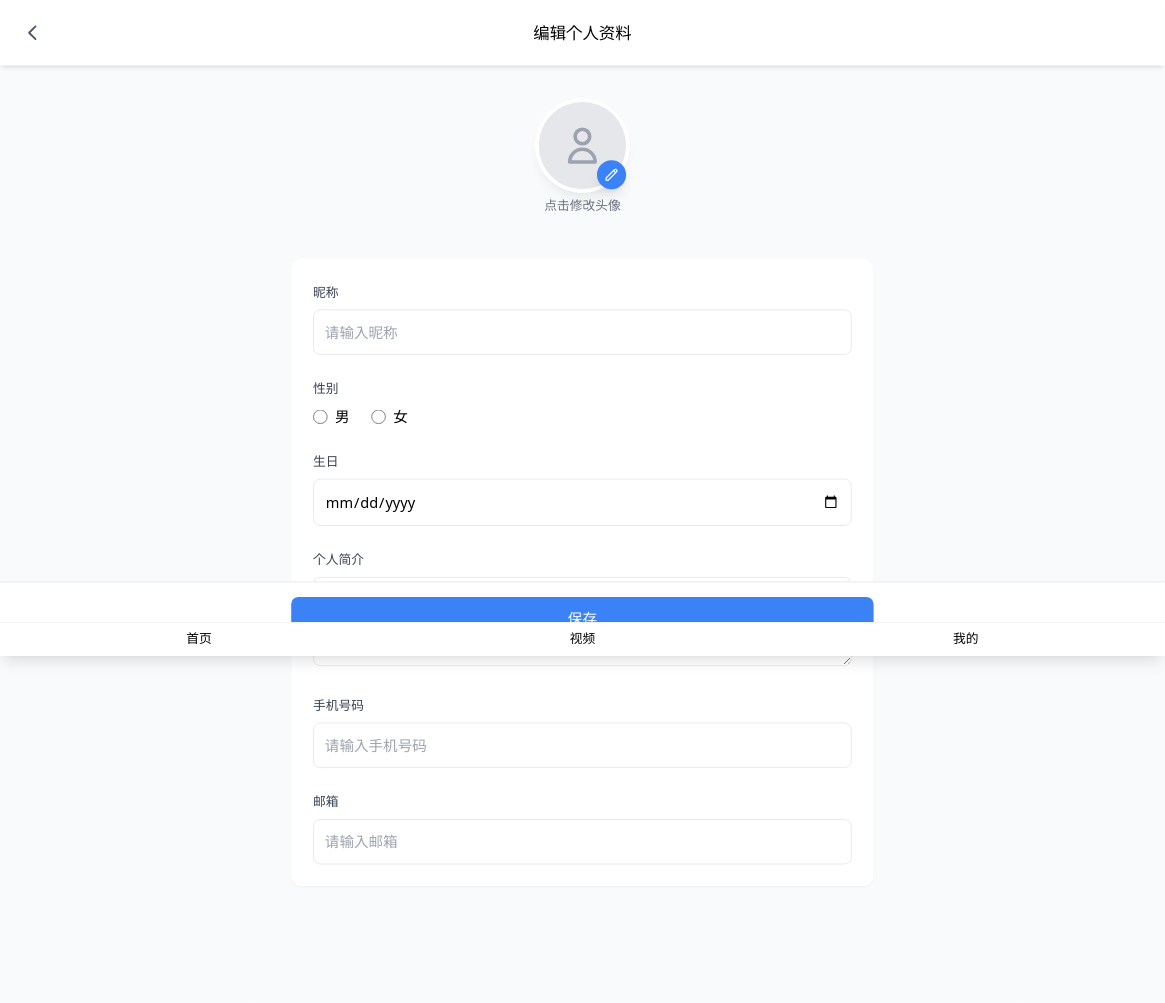
Repository: Look625/simpleNewsForAIRace
Page: /profile/edit
The author's editor kept a copy of each file at every save. The page is drawn from the files as they stood at one save, then again after the next save.
The browser window is 1280 px wide. The pictures show the whole page, at 91% of full size.
The project was rebuilt for these pictures with package versions that can differ from the ones it lists, and the page was loaded fresh each time. Also part of the build but not shown: vite.config.ts.

Above is the page before, as saved 2025-02-24 15:11:51.

### index.html
<!DOCTYPE html>
<html lang="en">
  <head>
    <meta charset="UTF-8" />
    <link rel="icon" type="image/svg+xml" href="/vite.svg" />
    <meta name="viewport" content="width=device-width, initial-scale=1.0" />
    <title>MyAPP</title>
  </head>
  <body>
    <div id="app"></div>
    <script type="module" src="/src/main.ts"></script>
  </body>
</html>

### src/main.ts
import { createApp } from 'vue'
import { createPinia } from 'pinia'
import App from './App.vue'
import router from './router'
import './index.css'
import './assets/theme.css'

const app = createApp(App)
app.use(createPinia())
app.use(router)
app.mount('#app')

### src/App.vue
<template>
  <div class="app min-h-screen bg-gray-100">
    <router-view></router-view>
    <nav class="fixed bottom-0 w-full bg-white border-t">
      <div class="flex justify-around p-2">
        <router-link to="/" class="flex flex-col items-center">
          <span class="text-sm">首页</span>
        </router-link>
        <router-link to="/video" class="flex flex-col items-center">
          <span class="text-sm">视频</span>
        </router-link>
        <router-link to="/profile" class="flex flex-col items-center">
          <span class="text-sm">我的</span>
        </router-link>
      </div>
    </nav>
  </div>
</template>

<script setup lang="ts">
</script>

### src/router/index.ts
import { createRouter, createWebHistory } from 'vue-router'
import type { RouteRecordRaw } from 'vue-router'

const routes: RouteRecordRaw[] = [
  {
    path: '/',
    name: 'Home',
    component: () => import('@/views/Home.vue'),
    meta: {
      title: '首页'
    }
  },
  {
    path: '/video',
    name: 'Video',
    component: () => import('@/views/Video.vue'),
    meta: {
      title: '视频'
    }
  },
  {
    path: '/profile',
    name: 'Profile',
    component: () => import('@/views/Profile.vue'),
    meta: {
      title: '我的'
    }
  },
  {
    path: '/profile/edit',
    name: 'ProfileEdit',
    component: () => import('@/views/ProfileEdit.vue'),
    meta: {
      title: '编辑个人资料'
    }
  }
]

const router = createRouter({
  history: createWebHistory(),
  routes
})

export default router

### src/index.css
@tailwind base;
@tailwind components;
@tailwind utilities;

html, body {
  height: 100%;
}

#app {
  min-height: 100%;
}

### src/assets/theme.css
/* 浅色主题 */
[data-theme='light'] {
  --bg-primary: theme('colors.white');
  --text-primary: theme('colors.gray.800');
}

/* 深色主题 */
[data-theme='dark'] {
  --bg-primary: theme('colors.gray.900');
  --text-primary: theme('colors.gray.100');
}

/* 蓝色主题 */
[data-theme='blue'] {
  --bg-primary: theme('colors.blue.50');
  --text-primary: theme('colors.blue.900');
}

/* 绿色主题 */
[data-theme='green'] {
  --bg-primary: theme('colors.green.50');
  --text-primary: theme('colors.green.900');
}

/* 自定义主题 */
[data-theme='custom'] {
  --bg-primary: var(--custom-background);
  --text-primary: var(--custom-text);
}

/* 应用主题颜色 */
body {
  background-color: var(--bg-primary);
  color: var(--text-primary);
}

.theme-primary {
  background-color: var(--custom-primary);
}

.theme-secondary {
  background-color: var(--custom-secondary);
}

### src/views/ProfileEdit.vue
<template>
  <div class="profile-edit min-h-screen bg-gray-50 flex flex-col">
    <!-- 头部 -->
    <header class="sticky top-0 z-10 bg-white shadow-md p-4">
      <div class="flex items-center justify-between">
        <button @click="router.back()" class="text-gray-600 hover:bg-gray-100 p-2 rounded-full">
          <svg class="w-6 h-6" fill="none" stroke="currentColor" viewBox="0 0 24 24">
            <path stroke-linecap="round" stroke-linejoin="round" stroke-width="2" d="M15 19l-7-7 7-7" />
          </svg>
        </button>
        <h1 class="text-lg font-medium">编辑个人资料</h1>
        <div class="w-10"></div>
      </div>
    </header>

    <!-- 表单内容区域 -->
    <div class="flex-1 overflow-y-auto">
      <div class="p-4 max-w-2xl mx-auto pb-32">
        <form @submit.prevent="handleSubmit" class="space-y-6">
          <!-- 头像上传 -->
          <div class="flex flex-col items-center py-6">
            <div class="relative group">
              <div class="w-24 h-24 rounded-full overflow-hidden bg-gray-200 ring-4 ring-white shadow-lg">
                <img
                  v-if="form.avatar"
                  :src="form.avatar"
                  alt="avatar"
                  class="w-full h-full object-cover"
                >
                <div v-else class="w-full h-full flex items-center justify-center text-gray-400">
                  <svg class="w-12 h-12" fill="none" stroke="currentColor" viewBox="0 0 24 24">
                    <path stroke-linecap="round" stroke-linejoin="round" stroke-width="2"
                      d="M16 7a4 4 0 11-8 0 4 4 0 018 0zM12 14a7 7 0 00-7 7h14a7 7 0 00-7-7z"
                    />
                  </svg>
                </div>
              </div>
              <input
                type="file"
                accept="image/*"
                @change="handleAvatarChange"
                class="hidden"
                ref="fileInput"
              >
              <button
                type="button"
                @click="fileInput?.click()"
                class="absolute bottom-0 right-0 bg-blue-500 text-white rounded-full p-2 shadow-lg
                       transform transition hover:scale-110 hover:bg-blue-600"
              >
                <svg class="w-4 h-4" fill="none" stroke="currentColor" viewBox="0 0 24 24">
                  <path stroke-linecap="round" stroke-linejoin="round" stroke-width="2"
                    d="M15.232 5.232l3.536 3.536m-2.036-5.036a2.5 2.5 0 113.536 3.536L6.5 21.036H3v-3.572L16.732 3.732z"
                  />
                </svg>
              </button>
            </div>
            <p class="mt-2 text-sm text-gray-500">点击修改头像</p>
          </div>

          <!-- 基本信息 -->
          <div class="bg-white rounded-xl shadow-sm p-6 space-y-6">
            <div class="space-y-2">
              <label class="text-sm font-medium text-gray-700">昵称</label>
              <input
                v-model="form.nickname"
                type="text"
                class="w-full p-3 border border-gray-200 rounded-lg focus:outline-none focus:ring-2 focus:ring-blue-500"
                placeholder="请输入昵称"
              >
            </div>

            <div class="space-y-2">
              <label class="text-sm font-medium text-gray-700">性别</label>
              <div class="flex space-x-6">
                <label class="flex items-center cursor-pointer">
                  <input
                    type="radio"
                    v-model="form.gender"
                    value="male"
                    class="w-4 h-4 text-blue-500 focus:ring-blue-500"
                  >
                  <span class="ml-2">男</span>
                </label>
                <label class="flex items-center cursor-pointer">
                  <input
                    type="radio"
                    v-model="form.gender"
                    value="female"
                    class="w-4 h-4 text-blue-500 focus:ring-blue-500"
                  >
                  <span class="ml-2">女</span>
                </label>
              </div>
            </div>

            <div class="space-y-2">
              <label class="text-sm font-medium text-gray-700">生日</label>
              <input
                v-model="form.birthday"
                type="date"
                class="w-full p-3 border border-gray-200 rounded-lg focus:outline-none focus:ring-2 focus:ring-blue-500"
              >
            </div>

            <div class="space-y-2">
              <label class="text-sm font-medium text-gray-700">个人简介</label>
              <textarea
                v-model="form.bio"
                rows="3"
                class="w-full p-3 border border-gray-200 rounded-lg focus:outline-none focus:ring-2 focus:ring-blue-500"
                placeholder="介绍一下自己吧"
              ></textarea>
            </div>

            <div class="space-y-2">
              <label class="text-sm font-medium text-gray-700">手机号码</label>
              <input
                v-model="form.phone"
                type="tel"
                class="w-full p-3 border border-gray-200 rounded-lg focus:outline-none focus:ring-2 focus:ring-blue-500"
                placeholder="请输入手机号码"
              >
            </div>

            <div class="space-y-2">
              <label class="text-sm font-medium text-gray-700">邮箱</label>
              <input
                v-model="form.email"
                type="email"
                class="w-full p-3 border border-gray-200 rounded-lg focus:outline-none focus:ring-2 focus:ring-blue-500"
                placeholder="请输入邮箱"
              >
            </div>
          </div>
        </form>
      </div>
    </div>

    <!-- 底部按钮 -->
    <div class="fixed bottom-0 left-0 right-0 bg-white border-t shadow-lg">
      <div class="max-w-2xl mx-auto p-4">
        <button
          @click="handleSubmit"
          class="w-full bg-blue-500 text-white py-3 rounded-lg font-medium transform transition
                 hover:bg-blue-600 hover:shadow-lg active:scale-95 disabled:opacity-50"
          :disabled="isSubmitting"
        >
          {{ isSubmitting ? '保存中...' : '保存' }}
        </button>
      </div>
    </div>
  </div>
</template>

<script setup lang="ts">
import { ref, reactive } from 'vue'
import { useRouter } from 'vue-router'
import type { UserInfo } from '@/types/user'

const router = useRouter()
const fileInput = ref<HTMLInputElement | null>(null)
const isSubmitting = ref(false)

const form = reactive<UserInfo>({
  avatar: '',
  nickname: '',
  gender: '',
  birthday: '',
  bio: '',
  phone: '',
  email: ''
})

// 处理头像上传
const handleAvatarChange = (event: Event) => {
  const input = event.target as HTMLInputElement
  if (input.files && input.files[0]) {
    const reader = new FileReader()
    reader.onload = (e) => {
      if (e.target?.result) {
        form.avatar = e.target.result as string
      }
    }
    reader.readAsDataURL(input.files[0])
  }
}

// 处理表单提交
const handleSubmit = async () => {
  if (isSubmitting.value) return

  try {
    isSubmitting.value = true

    // 表单验证
    if (!form.nickname?.trim()) {
      alert('请输入昵称')
      return
    }

    if (form.phone && !/^1[3-9]\d{9}$/.test(form.phone)) {
      alert('请输入正确的手机号码')
      return
    }

    if (form.email && !/^[^\s@]+@[^\s@]+\.[^\s@]+$/.test(form.email)) {
      alert('请输入正确的邮箱地址')
      return
    }

    // 模拟API调用
    await new Promise(resolve => setTimeout(resolve, 1000))

    // 返回上一页
    router.back()
  } catch (error) {
    console.error('提交失败：', error)
    alert('保存失败，请重试')
  } finally {
    isSubmitting.value = false
  }
}
</script>

<style scoped>
/* 修复iOS中input的默认样式 */
input[type="date"] {
  -webkit-appearance: none;
}

/* 美化滚动条 */
textarea::-webkit-scrollbar {
  width: 8px;
}

textarea::-webkit-scrollbar-track {
  background: #f1f1f1;
  border-radius: 4px;
}

textarea::-webkit-scrollbar-thumb {
  background: #ccc;
  border-radius: 4px;
}

textarea::-webkit-scrollbar-thumb:hover {
  background: #999;
}

/* 确保iOS中内容不会被底部工具栏遮挡 */
.profile-edit {
  padding-bottom: env(safe-area-inset-bottom);
}
</style>

### tailwind.config.js
/** @type {import('tailwindcss').Config} */
export default {
  content: [
    "./index.html",
    "./src/**/*.{vue,js,ts,jsx,tsx}",
  ],
  theme: {
    extend: {
      colors: {
        // 定义主题颜色
        primary: {
          light: '#ffffff',
          dark: '#1a1a1a',
          blue: '#3b82f6',
          green: '#22c55e'
        }
      }
    },
  },
  plugins: [],
}

After the next save:
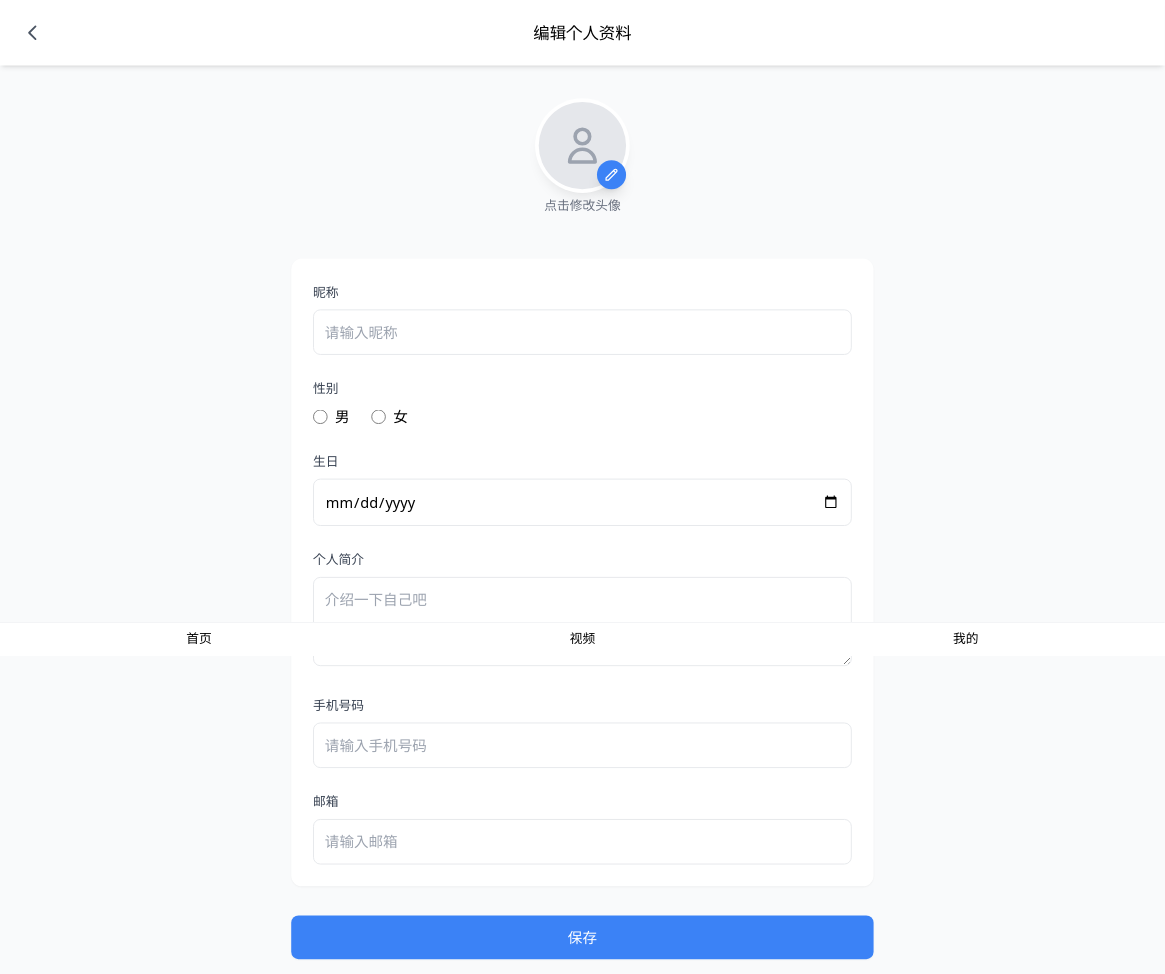
Saved 2 min 2 s later.
--- a/src/views/ProfileEdit.vue
+++ b/src/views/ProfileEdit.vue
@@ -14,8 +14,8 @@
     </header>
 
     <!-- 表单内容区域 -->
-    <div class="flex-1 overflow-y-auto">
-      <div class="p-4 max-w-2xl mx-auto pb-32">
+    <div class="flex-1">
+      <div class="p-4 max-w-2xl mx-auto">
         <form @submit.prevent="handleSubmit" class="space-y-6">
           <!-- 头像上传 -->
           <div class="flex flex-col items-center py-6">
@@ -134,20 +134,18 @@
             </div>
           </div>
         </form>
-      </div>
-    </div>
-
-    <!-- 底部按钮 -->
-    <div class="fixed bottom-0 left-0 right-0 bg-white border-t shadow-lg">
-      <div class="max-w-2xl mx-auto p-4">
-        <button
-          @click="handleSubmit"
-          class="w-full bg-blue-500 text-white py-3 rounded-lg font-medium transform transition
-                 hover:bg-blue-600 hover:shadow-lg active:scale-95 disabled:opacity-50"
-          :disabled="isSubmitting"
-        >
-          {{ isSubmitting ? '保存中...' : '保存' }}
-        </button>
+
+        <!-- 底部按钮 - 移到表单内容后面 -->
+        <div class="mt-8 bg-white rounded-lg shadow-sm">
+          <button
+            @click="handleSubmit"
+            class="w-full bg-blue-500 text-white py-3 rounded-lg font-medium transform transition
+                   hover:bg-blue-600 hover:shadow-lg active:scale-95 disabled:opacity-50"
+            :disabled="isSubmitting"
+          >
+            {{ isSubmitting ? '保存中...' : '保存' }}
+          </button>
+        </div>
       </div>
     </div>
   </div>
@@ -247,9 +245,4 @@ textarea::-webkit-scrollbar-thumb {
 textarea::-webkit-scrollbar-thumb:hover {
   background: #999;
 }
-
-/* 确保iOS中内容不会被底部工具栏遮挡 */
-.profile-edit {
-  padding-bottom: env(safe-area-inset-bottom);
-}
 </style>
